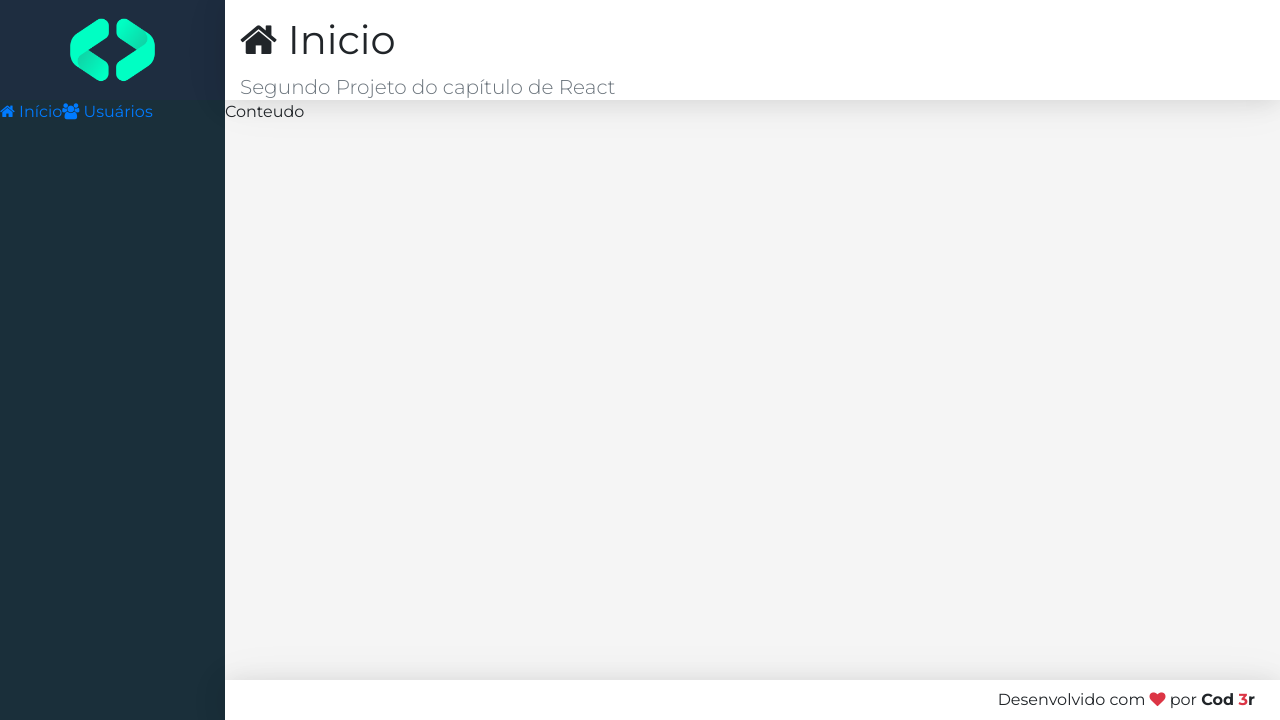
Repository: eversonps/projeto-cadastro-usuarios-firebase
Page: /users (app in frontend/)
The author's editor kept a copy of each file at every save. The page is drawn from the files as they stood at one save, then again after the next save.
The browser window is 1280 px wide. The pictures show the whole page.
The project was rebuilt for these pictures with package versions that can differ from the ones it lists, and the page was loaded fresh each time.

Above is the page before, as saved 2022-03-22 13:29:19.

After the next save:
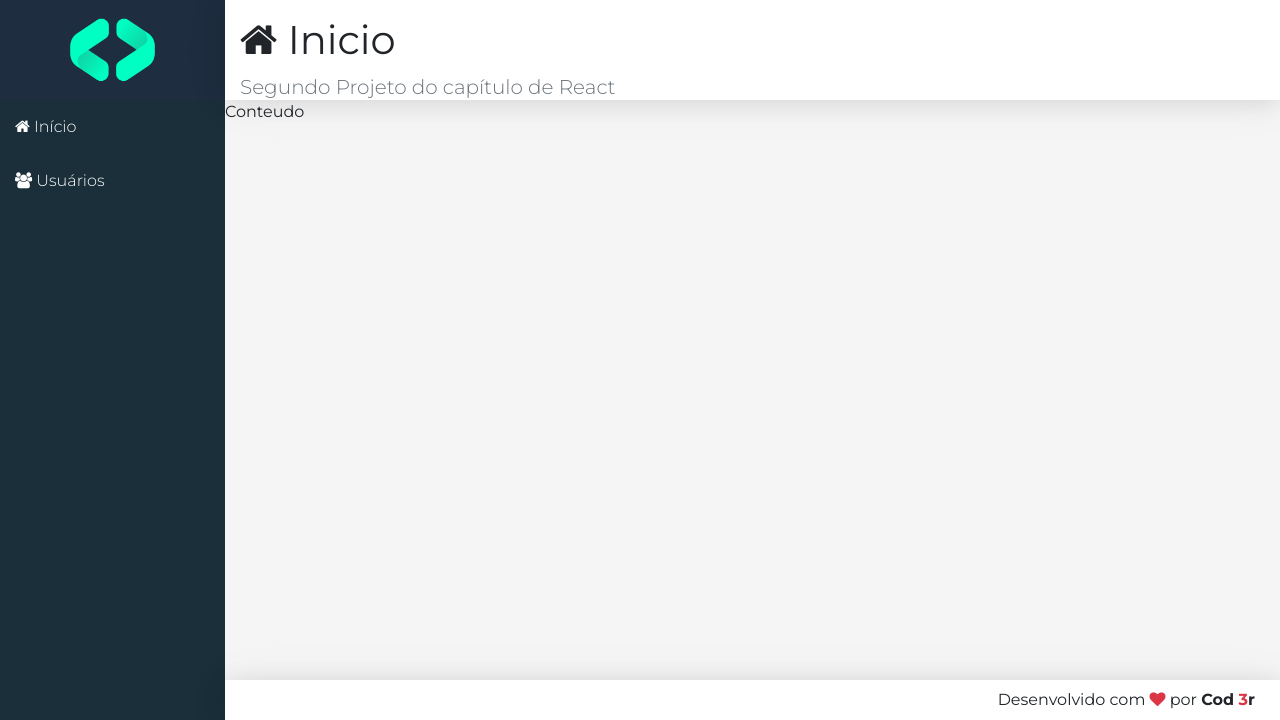
Saved 43 s later.
--- a/frontend/src/components/template/nav.css
+++ b/frontend/src/components/template/nav.css
@@ -2,3 +2,11 @@ aside.menu-area{
     background-color: var(--bg-dark);
     box-shadow: 2px 0 10px 0 rgba(0,0,0,0.12), rgba(0,0,0,0.09);
 }
+
+.menu a{
+    display: block;
+    text-decoration: none;
+    color: #FFF;
+    font-weight: 300;
+    padding: 15px;
+}
